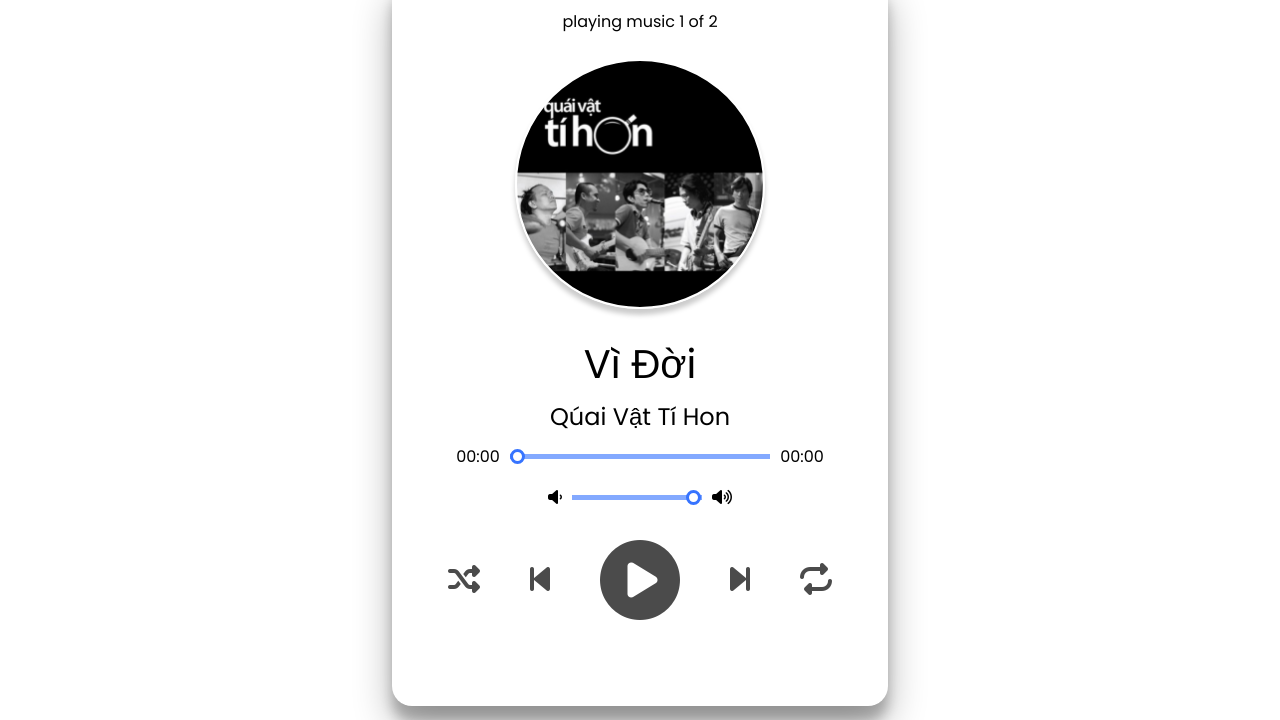
Repository: NguyenVietPhuQuy/Javascript-AudioPlayer
Page: index.html
These files come from the project's save history. The page is drawn as it stood at one moment and after the next save; the edit follows.
The browser window is 1280 px wide. The pictures show the whole page.

Above is the page before, as saved 2022-11-09 10:54:17.
Console error: ReferenceError: setUpdate is not defined

### index.html
<!DOCTYPE html>
<html lang="en">
<head>
    <meta charset="UTF-8">
    <meta http-equiv="X-UA-Compatible" content="IE=edge">
    <meta name="viewport" content="width=device-width, initial-scale=1.0">
    <title>Music Player</title>
    <!--Font-Awesome-->
    <link rel="stylesheet" href="https://cdnjs.cloudflare.com/ajax/libs/font-awesome/6.2.0/css/all.min.css">
    <!--Css-->
    <link rel="stylesheet" href="index.css">
</head>
<body>
    <div class="player">
        <div class="wrapper">
            <div class="details">
                <div class="now-playing">PAYING x OF y</div>
                <div class="track-art"></div>
                <div class="track-name">Track Name</div>
                <div class="track-artist">Track Artist</div>
            </div>

            <div class="slider_container">
                <div class="current-time">00:00</div>
                <input type="range" min="1" max="100" value="0"
                class="seek_slider" onchange="seekTo()">
                <div class="total-duration">00:00</div>
            </div>

            <div class="slider_container">
                <i class="fa fa-volume-down"></i>
                <input type="range" min="1" max="100" value="99"
                class="volume_slider" onchange="setVolume()">
                <i class="fa fa-volume-up"></i>
            </div>

            <div class="buttons">
                <div class="random-track">
                    <i class="fas fa-random fa-2x" title="random"
                    onclick="randomTrack()"></i>
                </div>

                <div class="prev-track">
                    <i class="fas fa-step-backward fa-2x"
                    onclick="prevTrack()"></i>
                </div>

                <div class="playPause-track">
                    <i class="fas fa-play-circle fa-5x"
                    onclick="playPauseTrack()"></i>
                </div>

                <div class="next-track">
                    <i class="fas fa-step-forward fa-2x"
                    onclick="nextTrack()"></i>
                </div>

                <div class="repeat-track">
                    <i class="fas fa-repeat fa-2x" title="repeat"
                    onclick="repeatTrack()"></i>
                </div>
            </div>

            <div id="wave">
                <span class="stroke"></span>
                <span class="stroke"></span>
                <span class="stroke"></span>
                <span class="stroke"></span>
                <span class="stroke"></span>
                <span class="stroke"></span>
                <span class="stroke"></span>
            </div>
        </div>
    </div>
    <!--Main-->
    <script src="index.js"></script>
</body>
</html>

### index.css
/*Font Google and base*/
@import url('https://fonts.googleapis.com/css2?family=Poppins&display=swap');
*{
    font-family: 'Poppins',sans-serif;
    box-sizing: border-box;
    margin: 0;
}
img{
    width: 100%;
}
/*Main*/
.player{
    height: 95vh;
    display: flex;
    align-items: center;
    flex-direction: column;
    justify-content: center;
}
.wrapper{
    border: 1px solid transparent;
    padding: 30px;
    border-radius: 20px;
    box-shadow: rgba(0, 0, 0, 0.3) 0 19px 38px, rgba(0, 0, 0, 0.22) 0 15px 12px
}
.details{
    display: flex;
    align-items: center;
    flex-direction: column;
    justify-content: center;
}
.track-art{
    margin: 25px;
    height: 250px;
    width: 250px;
    border: 2px solid #fff;
    background-size: cover;
    background-position: center;
    box-shadow: 0px 6px 5px #ccc;
    border-radius: 190px;
}
.now-playing {
    font-size: 1rem;
}
.track-name{
    font-size: 2.5rem;
}
.track-artist{
    margin-top: 5px;
    font-size: 1.5rem;
}
.buttons{
    display: flex;
    flex-direction: row;
    align-items: center;
    margin-bottom: 30px;
}
.active{
    color: black;
}
.repeat-track
,.random-track
,.playPause-track
,.prev-track
,.next-track{
    padding: 25px;
    opacity: 0.7;
    transition: opacity .2s;
}
.repeat-track:hover
,.random-track:hover
,.playPause-track:hover
,.prev-track:hover
,.next-track:hover{
    opacity: 1;
}
.slider_container{
    display: flex;
    justify-content: center;
    align-items: center;

}
.seek_slider,
.volume_slider{
    appearance: none;
    height: 5px;
    background-color: #83a9ff;
    transition: opacity .2s;
}
.seek_slider::-webkit-slider-thumb,
.volume_slider::-webkit-slider-thumb{
    appearance: none;
    width: 15px;
    height: 15px;
    background: white;
    border: 3px solid #3774ff;
    cursor: pointer;
    border-radius: 100%;
}
.seek_slider:hover,
.volume_slider:hover{
    opacity: 1;
}
.seek_slider{
    width: 60%;
}
.volume_slider{
    width: 30%;
}
.current-time,
.total-duration{
    padding: 10px;
}
i.fa-volume-down,
i.fa-volume-up{
    padding:10px ;
}
i,
i.fa-play-circle,
i.fa-pause-circle,
i.fa-step-forward,
i.fa-step-backward{
    cursor: pointer;
}
.randomActive{
    color: black;
}
.rotate{
    animation: rotation 8s infinite linear;
}
@keyframes rotation{
    from{
        transform: rotate(0deg);
    }
    to {
        transform: rotate(359deg);
    }
}
.loader{
    height: 70px;
    display: flex;
    justify-content: center;
    align-items: center;
}
.loader .stroke{
    background: #f1f1f1;
    height: 150%;
    width: 10px;
    border-radius: 50px;
    margin: 0 5px;
    animation: animate 1.4s linear infinite;
}
@keyframes animate{
    50%{
        height: 20%;
        background: #4286f4;
    }
    100%{
        height: 100%;
    }
}
.stroke:nth-child(1){
    animation-delay: 0s;
}
.stroke:nth-child(2){
    animation-delay: 0.3s;
}
.stroke:nth-child(3){
    animation-delay: 0.6s;
}
.stroke:nth-child(4){
    animation-delay: 0.9s;
}
.stroke:nth-child(5){
    animation-delay: 0.6s;
}
.stroke:nth-child(6){
    animation-delay: 0.3s;
}
.stroke:nth-child(7){
    animation-delay: 0s;
}

### index.js
let now_playing = document.querySelector('.now-playing');
let track_art = document.querySelector('.track-art');
let track_name = document.querySelector('.track-name');
let track_artist = document.querySelector('.track-artist');

let playPause_btn = document.querySelector('.playPause-track');
let next_btn = document.querySelector('.next-track');
let prev_btn = document.querySelector('.prev-track');

let seek_slider = document.querySelector('.seek_slider');
let volume_slider = document.querySelector('.volume_slider');
let curr_time = document.querySelector('.current-time');
let total_duration = document.querySelector('.total-duration');
let wave = document.querySelector('#wave');
let randomIcon = document.querySelector('.fa-random');
let curr_track = document.createElement('audio');

let track_index=0;
let isPlaying =false;
let isRandom =false;
let updateTimer;

const music_list = [
    {
        img: '/Images/QuaiVatTiHon.jpg',
        name: 'Vì Đời',
        artist: 'Qúai Vật Tí Hon',
        music: '/Music/QuaiVatTiHon/Vi-Doi-Quai-Vat-Ti-Hon.mp3'
    },
    {
        img: '/Images/Chilles.jpg',
        name: 'Gía Như',
        artist: 'Chilles',
        music: '/Music/Chilles/GiaNhu-Chillies-7016096.mp3'
    }

]
loadTrack(track_index);
function loadTrack(track_index){
    clearInterval(updateTimer);
    reset();

    curr_track.src = music_list[track_index].music;
    curr_track.load();
    track_art.style.backgroundImage ="url("+ music_list[track_index].img+")";
    track_name.textContent = music_list[track_index].name;
    track_artist.textContent = music_list[track_index].artist;
    now_playing.textContent = "playing music" +" " +(track_index+1) +" "+ "of" +" "+ music_list.length;

    updateTimer = setInterval(setUpdate,1000);

    curr_track.addEventListener('ended',nextTrack);
    random_bg_color();
}

function random_bg_color(){
    let hex = ['0','1','2','3','4','5','6','7','8','9','a','b','c','d','e']
    let a;

    function populate(a){
        for(let i=0;i<6;i++){
            let x =math.round(Math.random()*14);
            let y = hex[x];
            a += y;
        }
        return a;
    }
    let Color1 = populate('#');
    let Color2 = populate('#');
    var angle = 'to right';
    let gradient = 'linear-gradient('+angle+','+ Color1+','+ Color2+')';
    document.body.style.background =gradient;
}

function reset(){
    curr_time.textContent = "00:00";
    total_duration.textContent ="00:00";
    seek_slider.value = 0;
}
function randomTrack(){
    isRandom ? pauseRandom ():playRandom();
}

function playRandom(){
    isRandom =true;
    randomIcon.classList.add('randomActive');
}
function pauseRandom(){
    isRandom =false;
    randomIcon.classList.remove('randomActive');
}
function repeatTrack(){
    let current_index = track_index;
    loadTrack(current_index);
    playTrack();
}
function playPauseTrack(){
    isPlaying ? pauseTrack() : playTrack();
}
function playTrack(){
    curr_track.play();
    isPlaying =true;
    track_art.classList.add('rotate');
    wave.classList.add('loader');
    playPause_btn.innerHTML = '<i class="fa fa-pause-circle fa-5x"></i>'
}

After the next save:
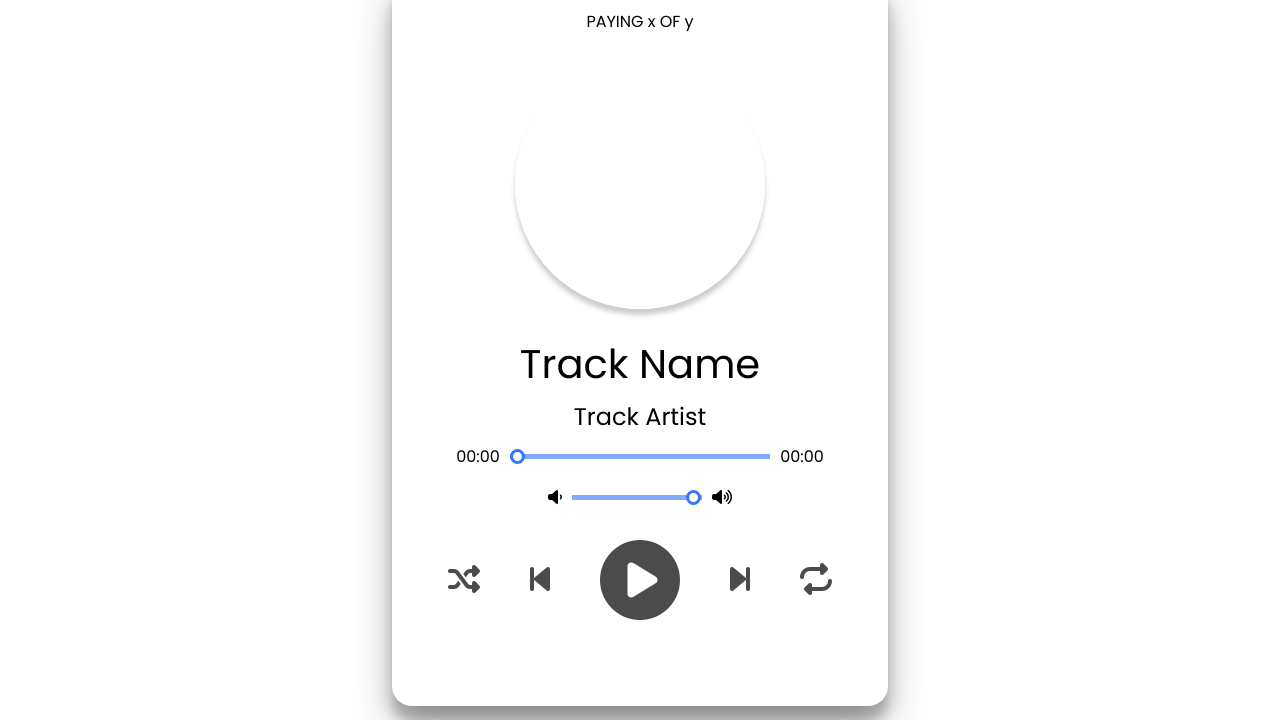
Console error: SyntaxError: Cannot use import statement outside a module
Saved 110 s later.
--- a/index.js
+++ b/index.js
@@ -1,3 +1,4 @@
+import music1 from './Musics/QuaiVatTiHon/Vi-Doi-Quai-Vat-Ti-Hon.mp3'
 let now_playing = document.querySelector('.now-playing');
 let track_art = document.querySelector('.track-art');
 let track_name = document.querySelector('.track-name');
@@ -25,7 +26,7 @@
         img: '/Images/QuaiVatTiHon.jpg',
         name: 'Vì Đời',
         artist: 'Qúai Vật Tí Hon',
-        music: '/Music/QuaiVatTiHon/Vi-Doi-Quai-Vat-Ti-Hon.mp3'
+        music: music1,
     },
     {
         img: '/Images/Chilles.jpg',

After the save that followed:
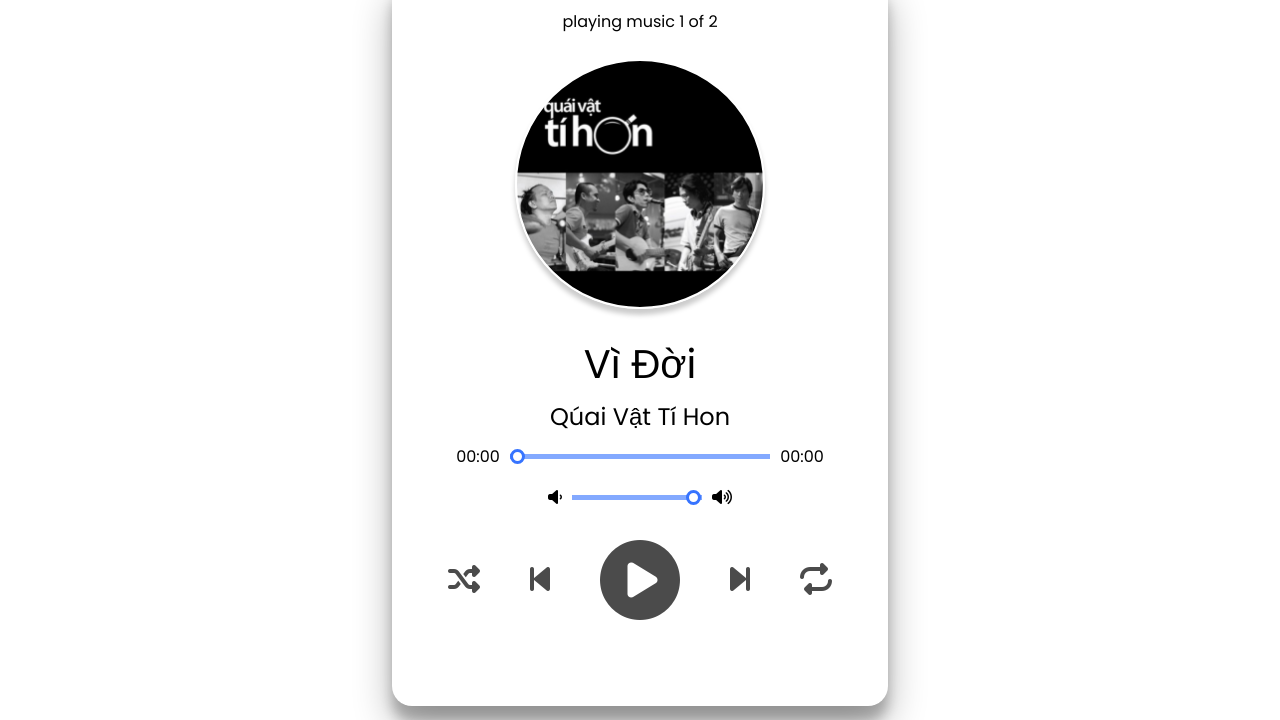
Console error: ReferenceError: setUpdate is not defined
Saved 34 s later.
--- a/index.js
+++ b/index.js
@@ -1,4 +1,3 @@
-import music1 from './Musics/QuaiVatTiHon/Vi-Doi-Quai-Vat-Ti-Hon.mp3'
 let now_playing = document.querySelector('.now-playing');
 let track_art = document.querySelector('.track-art');
 let track_name = document.querySelector('.track-name');
@@ -26,7 +25,7 @@
         img: '/Images/QuaiVatTiHon.jpg',
         name: 'Vì Đời',
         artist: 'Qúai Vật Tí Hon',
-        music: music1,
+        music: '/Music/QuaiVatTiHon/Vi-Doi-Quai-Vat-Ti-Hon.mp3'
     },
     {
         img: '/Images/Chilles.jpg',
